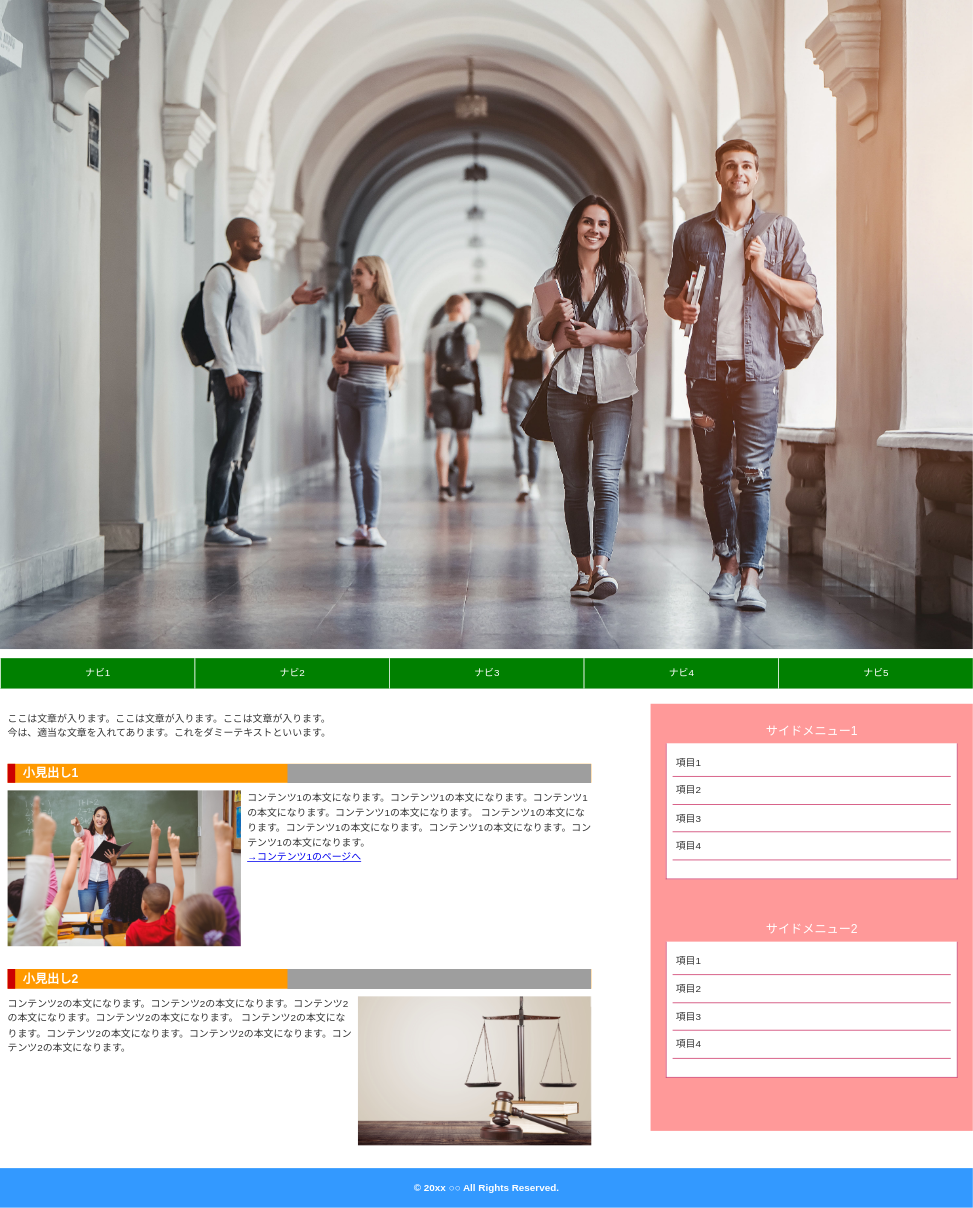
Repository: haruki1008/samurai_HTML-CSS
Page: home.html
The author's editor kept a record of every edit. The page is drawn from the files as they stood at one moment, then again after the next edit.
The browser window is 1280 px wide. The pictures show the whole page, at 76% of full size.
Pictures or frames that could not be fetched are drawn as grey boxes.

Above is the page before.
Not found: images/side_box.png
Not found: images/side_box_h2.png

### home.html
<!DOCTYPE html>
<html lang="ja">
    <head>
        <meta charset="UTF-8">
        <title>HTML/CSSの学習</title>
        <link rel="stylesheet" href="stylesheet.css">
    </head>
    <body>
        <div id="header">

            <h1><a href="index.html"><img id="corridor" src="images/corridor.jpg" alt="大学の廊下" /></a></h1>
        </div>
        <div id="wrapper">
            <div id="nav">
                <ul>
                    <li><a href="home.html">ナビ1</a></li>
                     <li><a href="#">ナビ2</a></li>
                     <li><a href="#">ナビ3</a></li>
                     <li><a href="#">ナビ4</a></li>
                     <li><a href="#">ナビ5</a></li>

                </ul>
            </div>
            <div id="container">
                <div id="main">
                    <div class="post">
                        <p>ここは文章が入ります。ここは文章が入ります。ここは文章が入ります。<br />今は、適当な文章を入れてあります。これをダミーテキストといいます。</p>
                    </div>
                    <div class="post clearfix">
                        <h2>小見出し1</h2>
                        <img class="left" src="images/classroom.jpg" alt="授業風景" />
                        <p>
                            コンテンツ1の本文になります。コンテンツ1の本文になります。コンテンツ1の本文になります。コンテンツ1の本文になります。
                            コンテンツ1の本文になります。コンテンツ1の本文になります。コンテンツ1の本文になります。コンテンツ1の本文になります。
                        </p>
                        <p><a href="#">→コンテンツ1のページへ</a></p>
                    </div>
                    <div class="post clearfix">
                        <h2>小見出し2</h2>
                        <img class="right" src="images/scale.jpg" alt="天秤" />
                        <p>
                            コンテンツ2の本文になります。コンテンツ2の本文になります。コンテンツ2の本文になります。コンテンツ2の本文になります。
                            コンテンツ2の本文になります。コンテンツ2の本文になります。コンテンツ2の本文になります。コンテンツ2の本文になります。
                        </p>
                    </div>
                </div>
            </div>
            <div id="side">
                <div class="box">
                    <h2>サイドメニュー1</h2>
                    <div class="boxBody">
                        <ul>
                            <li>項目1</li>
                            <li>項目2</li>
                            <li>項目3</li>
                            <li>項目4</li>
                        </ul>
                    </div>
                </div>
                <div class="box">
                    <h2>サイドメニュー2</h2>
                    <div class="boxBody">
                        <ul>
                            <li>項目1</li>
                            <li>項目2</li>
                            <li>項目3</li>
                            <li>項目4</li>
                        </ul>
                    </div>
                </div>
            </div>
        </div>

                <div id="footer">
            <p>&copy; 20xx ○○ All Rights Reserved.</p>
        </div>
    </body>
</html>

### stylesheet.css
@charset "utf-8";

body {
	margin: 0;
	padding: 0;
	font-family: "ヒラギノ角ゴ Pro W3", "Hiragino Kaku Gothic Pro", "メイリオ", Meiryo, Osaka, "ＭＳ Ｐゴシック", "MS PGothic", sans-serif;
	color: #333;
	font-size: 13px;
	line-height: 150%;
}

/* -------------------- wrapper -------------------- */
#wrapper {
	width: 100%;
	margin: auto;
	padding: 0px;
	border: 0px;
	background-color: #FFF;
	top: 10px;
	position: relative;
}
/* -------------------- header -------------------- */
 #header {
 	width: 100%;
 }
 #header h1 {
 	 margin: 0;
	 padding: 0;
 }

 #corridor {
	 width: 100%;
	 height: auto;
 }

 /* -------------------- footer -------------------- */
 #footer {
 	 clear: both;
 	 width: 100%;
 	 padding: 3px 0 3px 0;
 	 background: #39F;
 	 color: #FFF;
 	 font-weight: bold;
 	 text-align: center;
 }
 /* -------------------- nav -------------------- */
 #nav{
 	width: 100%;
 }
 #nav ul {
	 margin: 0;
	 padding: 0;
	 list-style-type: none;
 }
 #nav ul li {
	 float: left;
	 width: 20%;
	 text-align: center;
 }
 #nav ul li a {
	 display: block;
	 height: 20px;
	 margin: 0;
	 padding: 10px;
	 color: #FFF;+	 font-size: 20px;
	 text-decoration: none;
	 background-color: green;
    border-left: 1px solid white;
 }
  /* -------------------- container -------------------- */
 #container {
	 width: 100%;
	 margin: auto ;
	 padding: auto;
	 padding-top: 20px;
	 clear: both;
 }
 /* -------------------- main -------------------- */
 #main {
	 float: left;
	 width: 60%;
	 padding: 10px 30px 10px 10px;
 }
 #main h2 {
	 margin: 0 0 10px 0;
	 padding: 3px 10px 3px 10px;
	 color: #FFF;
	 font-size: 16px;
border-left: solid 10px #C00;
	 background: #F90 url(../images/main_h2.jpg) right top repeat-y;
 }
 #main p {
	 margin: 0;
	 padding: 0;
 }
 #main .post {
	 margin: 0 0 30px 0;
 }

 #main .post img.right {
	 margin: 0 0 0 8px;
 }
 #main .post img.left {
	 margin: 0 8px 0 0;
 }

 .right {
	 float: right;
	 width: 40%;
	 height: auto;
 }
 .left {
	 float: left;
	 width: 40%;
	 height: auto;
 }

 /* -------------------- clearfix -------------------- */
 .clearfix {
	 zoom: 1;
 }
 .clearfix:after{
	 content: "";
	 display: block;
	 clear: both;
 }
 /* -------------------- side -------------------- */
 #side {
 	 float: right;
 	 width: 30%;
 	 padding: 20px;
 	 background-color: #F99;
 }
 #side .box {
 	 margin: 0 auto 30px auto;
 	 padding: 0 0 20px 0;
 	 background: url(images/side_box.png) bottom no-repeat;
 }
 #side .box h2 {
 	 margin: 0;
 	 padding: 8px;
 	 text-align: center;
 	 color: #fff;
 	 font-size: 16px;
 	 line-height: 16px;
 	 font-weight: normal;
 	 background: url(images/side_box_h2.png) center no-repeat;
 }
 #side .box .boxBody {
 	 padding: 8px;
 	 border-right: solid 1px #C36;
 	 border-bottom: solid 1px #C36;
 	 border-left: solid 1px #C36;
 	 background: #fff;
 }
 #side .box .boxBody ul {
 	 margin: 0 0 16px 0;
 	 padding: 0;
 }
 #side .box .boxBody ul li {
 	 padding: 8px 0 8px 4px;
 	 list-style: none;
 	 border-bottom: solid 1px #C36;
 }

After the next edit:
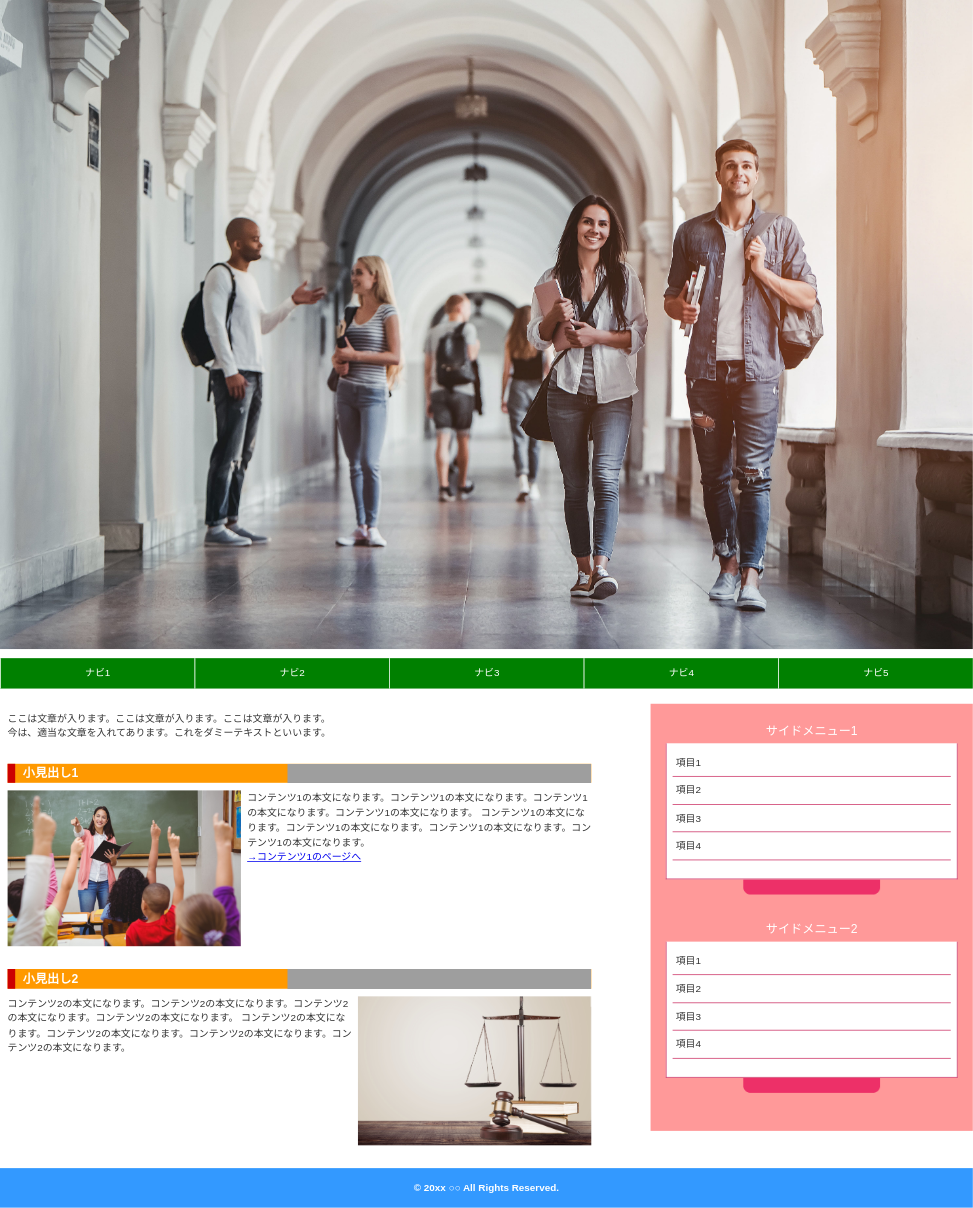
The edit:
--- a/stylesheet.css
+++ b/stylesheet.css
@@ -134,7 +134,7 @@
  #side .box {
  	 margin: 0 auto 30px auto;
  	 padding: 0 0 20px 0;
- 	 background: url(images/side_box.png) bottom no-repeat;
+ 	 background: url(images/side_box.jpg) bottom no-repeat;
  }
  #side .box h2 {
  	 margin: 0;
